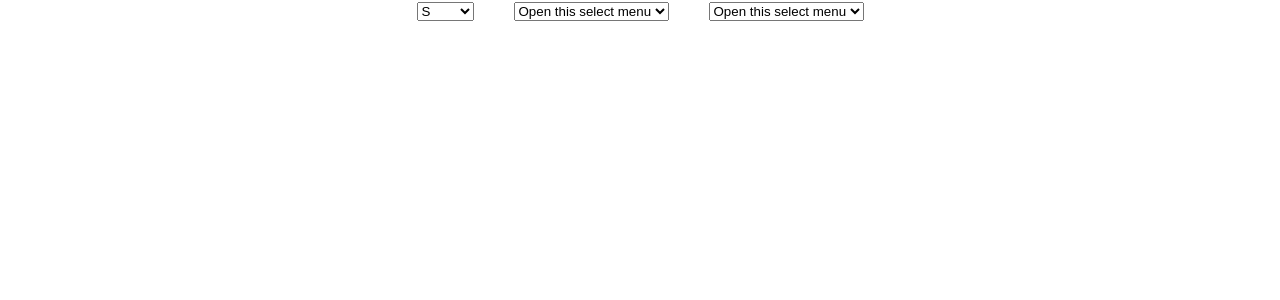
Repository: olahbold/greendoor_project
Page: /
These files come from the project's save history. The page is drawn as it stood at one moment and after the next save; the edit follows.
The browser window is 1280 px wide. The pictures show the whole page.
The project was rebuilt for these pictures with package versions that can differ from the ones it lists, and the page was loaded fresh each time.

Above is the page before, as saved 2023-06-21 13:59:09.

### src/App.js

import "./App.css";
import Multipart from "./components/Multipart";

function App() {
  return <div className="App">
    <Multipart/>
  </div>;
}

export default App;

### src/components/Multipart.js
import React from "react";
import { Form } from "react-bootstrap";
export default function Multipart() {
  return (
    <div  style={{display:'flex', flexDirection:'row',justifyContent: 'center', gap: '40px'}}>
      <div>
        <Form>
          <Form.Select aria-label="Default select example">
            <option>S</option>
            <option value="1">One</option>
            <option value="2">Two</option>
            <option value="3">Three</option>
          </Form.Select>
        </Form>
      </div>
      <div>
        <Form>
          <Form.Select aria-label="Default select example">
            <option>Open this select menu</option>
            <option value="1">One</option>
            <option value="2">Two</option>
            <option value="3">Three</option>
          </Form.Select>
        </Form>
      </div>{" "}
      <div>
        <Form>
          <Form.Select aria-label="Default select example">
            <option>Open this select menu</option>
            <option value="1">One</option>
            <option value="2">Two</option>
            <option value="3">Three</option>
          </Form.Select>
        </Form>
      </div>
    </div>
  );
}

Loaded but not shown: public/index.html (common file); src/index.js (common file); src/index.css (common file); src/reportWebVitals.js (common file); src/App.css (common file)

After the next save:
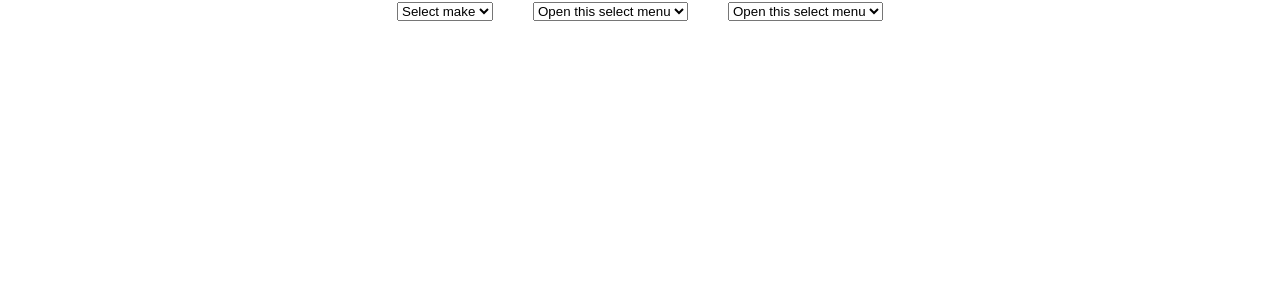
Saved 9 s later.
--- a/src/components/Multipart.js
+++ b/src/components/Multipart.js
@@ -6,7 +6,7 @@ export default function Multipart() {
       <div>
         <Form>
           <Form.Select aria-label="Default select example">
-            <option>S</option>
+            <option>Select make</option>
             <option value="1">One</option>
             <option value="2">Two</option>
             <option value="3">Three</option>
